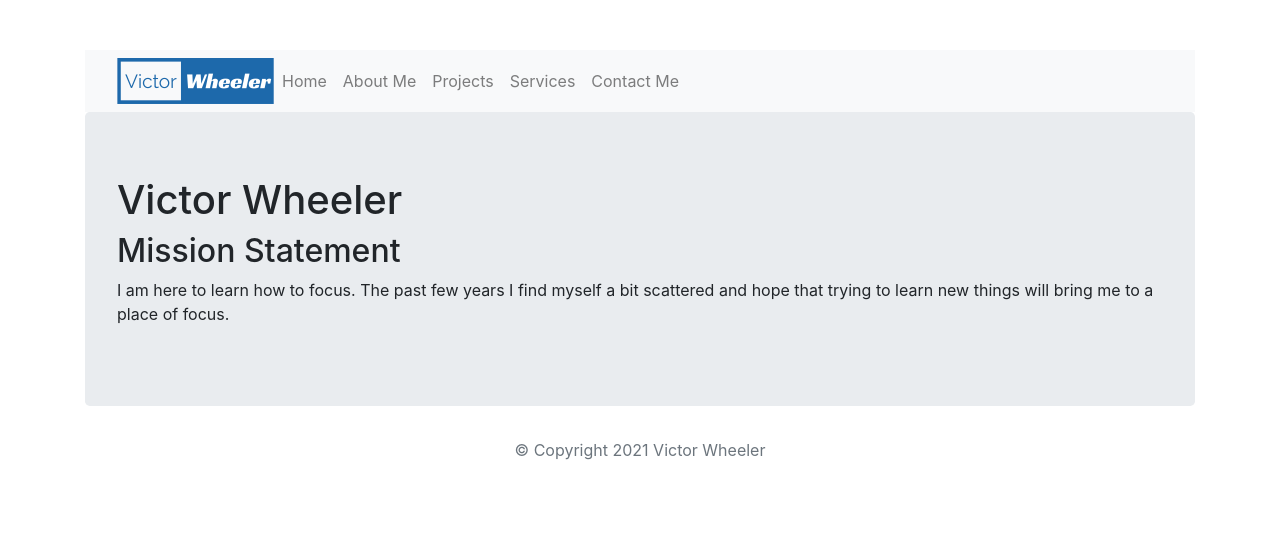
Repository: VictorWheeler/COMP_229_301167760
Page: http://localhost/
These files come from the project's save history. The page is drawn as it stood at one moment and after the next save; the edit follows.
The browser window is 1280 px wide. The pictures show the whole page.
The page is served by the project's Node server (server.js).

Above is the page before, as saved 2021-09-30 09:41:54.

After the next save:
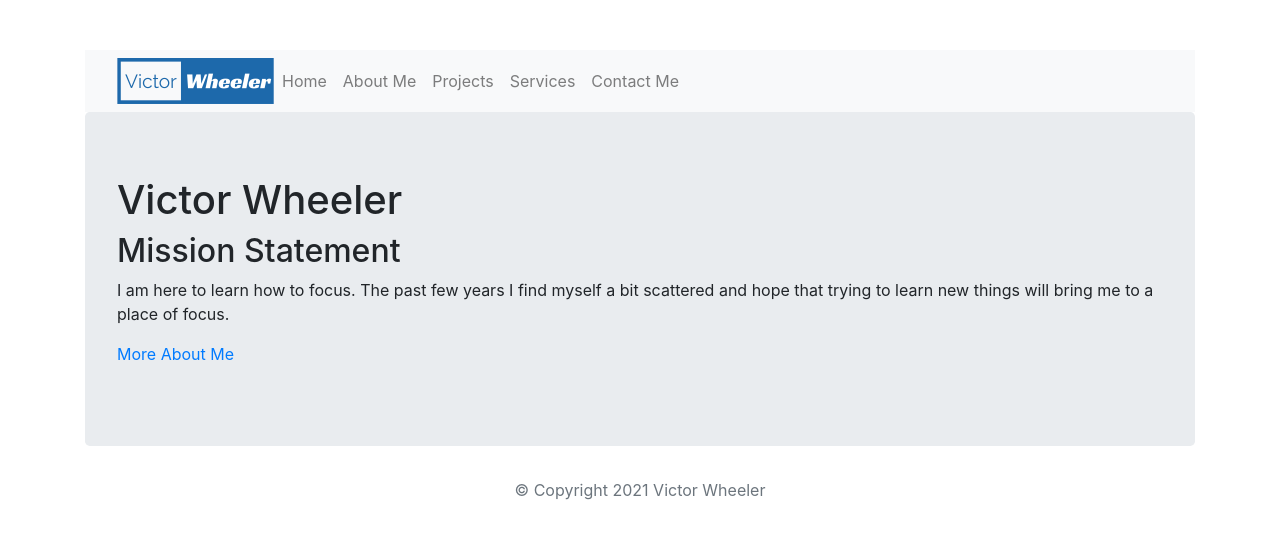
Saved 3 min 36 s later.
--- a/Express-Portfolio-Site/views/pages/index.ejs
+++ b/Express-Portfolio-Site/views/pages/index.ejs
@@ -14,7 +14,7 @@
     <h1>Victor Wheeler</h1>
     <h2>Mission Statement</h2>
     <p>I am here to learn how to focus. The past few years I find myself a bit scattered and hope that trying to learn new things will bring me to a place of focus.</p>
-
+    <p><a href="/about">More About Me</a></p>
   </div>
 </main>
 
